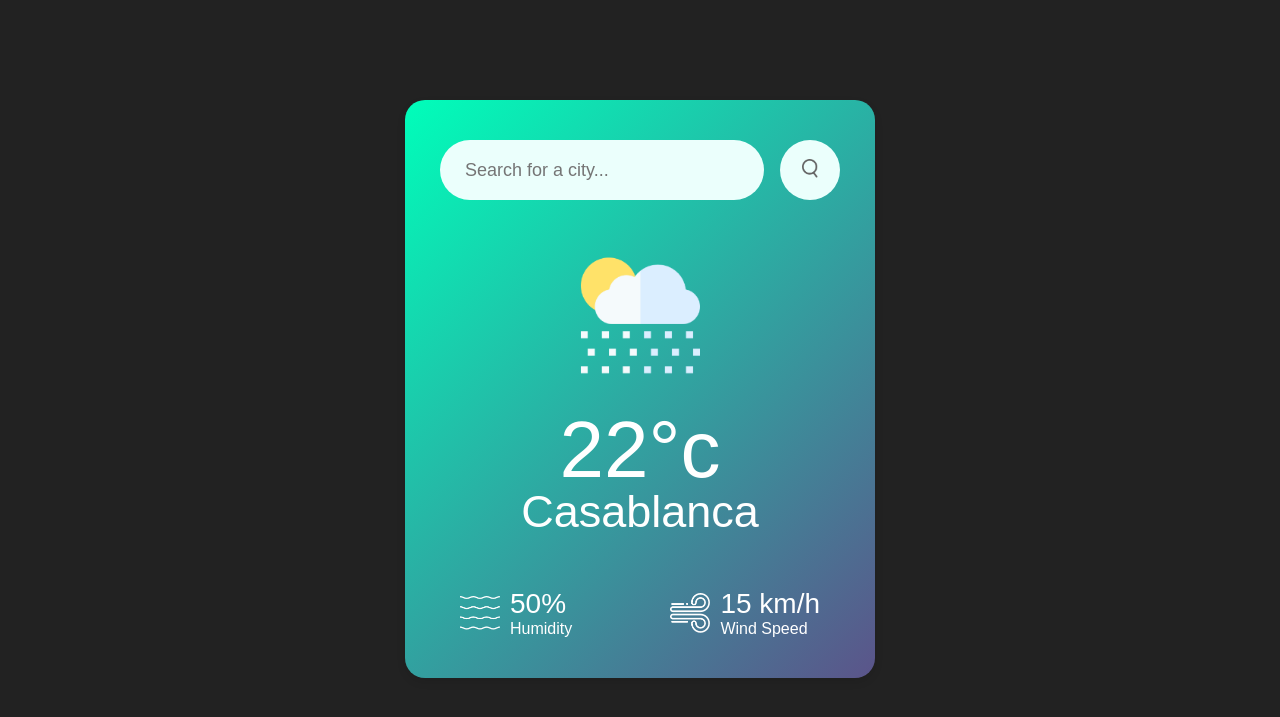
Repository: Abdelilah-Lakrim/Weather-App
Page: index.html
An editor plug-in stored every save of this project. The page is shown before and after a run of saves, followed by the edit.
The browser window is 1280 px wide. The pictures show the whole page.

Above is the page before, as saved 2025-06-17 11:20:09.

### index.html
<!DOCTYPE html>
<html>
<head>
    <meta charset="UTF-8" />
    <title>Weather App</title>
    <link rel="stylesheet" href="style.css" >
</head>
<body>

    <div class="card">
        <div class="search">
            <input type="text" placeholder="Search for a city..." spellcheck="false" />
            <button><img src="images/search.png"></button>
        </div>
        <div class="weather">
            <img src="images/rain.png" class="weather-icon">
            <h1 class="temp">22°c</h1>
            <h2 class="city">Casablanca</h2>
            <div class="details">
                <div class="col">
                    <img src="images/humidity.png">
                    <div>
                        <p class="humidity">50%</p>
                        <p>Humidity</p>
                    </div>
                </div>
                <div class="col">
                    <img src="images/wind.png">
                    <div>
                        <p class="wind">15 km/h</p>
                        <p>Wind Speed</p>
                    </div>
                </div>
            </div>
        </div>
    </div>

</body>
</html>

### style.css
*{
    margin: 0;
    padding: 0;
    font-family: 'Poppins', sans-serif;
    box-sizing: border-box;
}
body{
    background-color: #222;
    color: #333;
}
.card{
    width: 90%;
    max-width: 470px;
    background: linear-gradient(135deg, #00feba, #5b548a);
    color: #fff;
    margin: 100px auto  0;
    padding: 40px 35px;
    border-radius: 20px;
    box-shadow: 0 4px 8px rgba(0, 0, 0, 0.1);
    overflow: hidden;
    position: relative;
    text-align: center;
}
.search{
    width: 100%;
    display: flex;
    align-items: center;
    justify-content: space-between;
}

.search input{
    border: 0;
    outline: 0;
    background: #ebfffc;
    color: #333;
    padding: 10px 25px;
    height: 60px;
    border-radius: 30px;
    flex: 1;
    margin-right: 16px;
    font-size: 18px;
}

.search button{
    border: 0;
    outline: 0;
    background: #ebfffc;
    height: 60px;
    width: 60px;
    border-radius: 50px;
    cursor: pointer;
}
.search button img{
    width: 16px;
}

.weather-icon{
    width: 170px;
    margin-top: 30px;

}

.weather h1{
    font-size: 80px;
    font-weight: 500;
}
.weather h2{
    font-size: 45px;
    font-weight: 400;
    margin-top: -10px;
}

.details{
    display: flex;
    align-items: center;
    justify-content: space-between;
    margin-top: 50px;
    padding: 0 20px;
}
.col{
    display: flex;
    text-align: left;
    align-items: center;

}
.col img{
    width: 40px;
    margin-right: 10px;

}

.humidity, .wind{
    font-size: 28px;
    margi
}

After the next 2 saves:
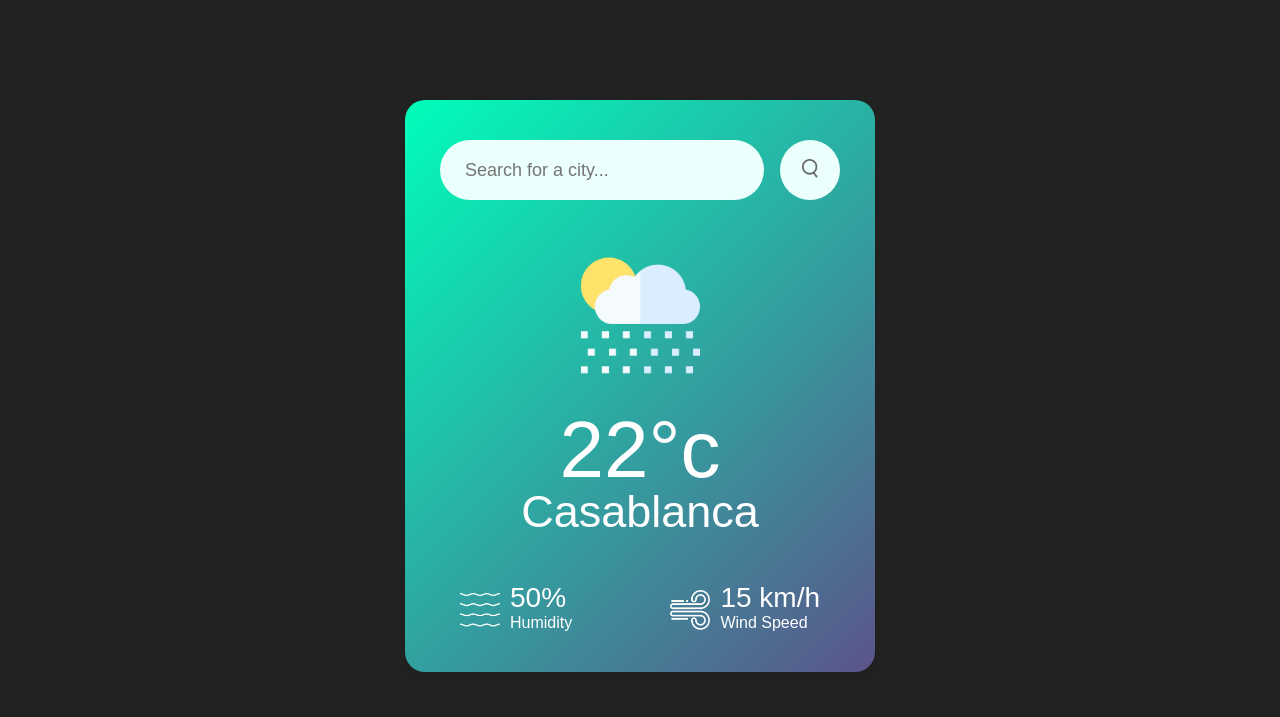
The 2 saves are shown as one change because they came seconds apart.
The last was saved 7 s later.
--- a/style.css
+++ b/style.css
@@ -91,5 +91,5 @@ body{
 
 .humidity, .wind{
     font-size: 28px;
-    margi
+    margin-top: -6px;
 }
